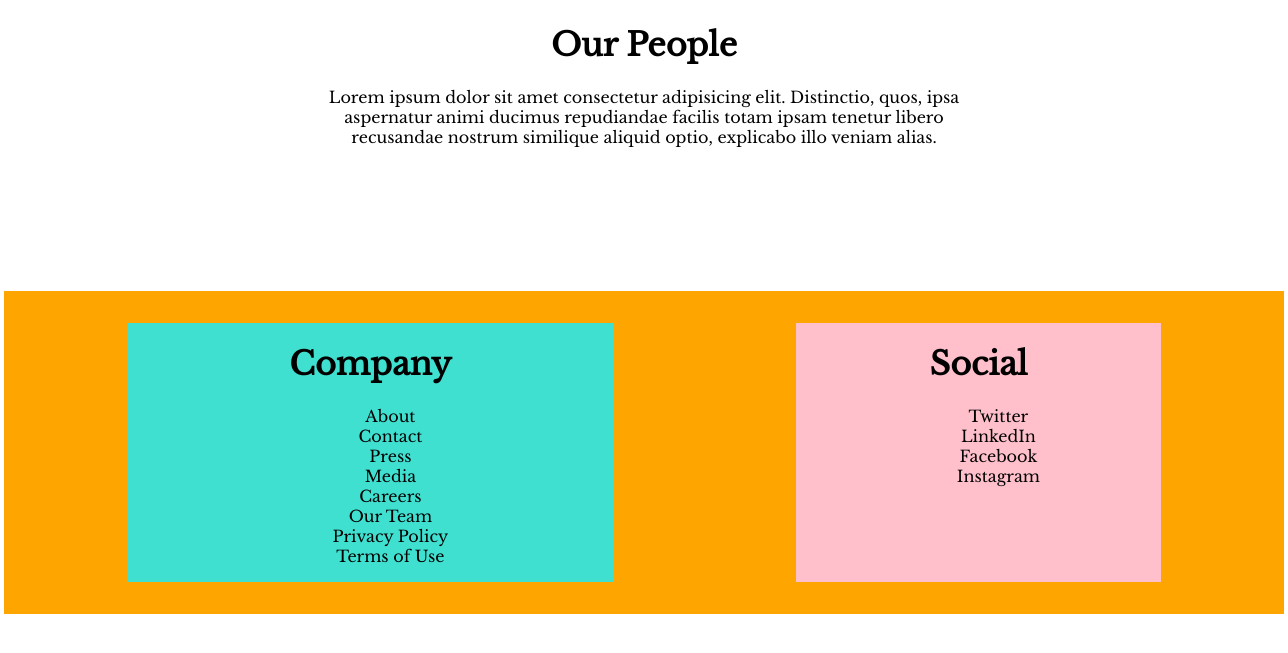
Repository: Tsardines/app
Page: / (app in my-app/)
An editor plug-in stored every save of this project. The page is shown before and after the next save, followed by the edit.
The browser window is 1280 px wide. The page is 1288 px wide, so the pictures cover 1288 px, including what lies to the right of the window. The pictures show the whole page.
The page's requests for data from a server got no answer. The project was rebuilt for these pictures with package versions that can differ from the ones it lists, and the page was loaded fresh each time. No one was signed in, and anything a server would have sent is missing.

Above is the page before, as saved 2018-11-14 19:10:51.

### my-app/public/index.html
<!DOCTYPE html>
<html lang="en">
  <head>
    <meta charset="utf-8">
    <meta name="viewport" content="width=device-width, initial-scale=1, shrink-to-fit=no">
    <meta name="theme-color" content="#000000">
    <!--
      manifest.json provides metadata used when your web app is added to the
      homescreen on Android. See https://developers.google.com/web/fundamentals/web-app-manifest/
    -->
    <link rel="manifest" href="%PUBLIC_URL%/manifest.json">
    <link href="https://fonts.googleapis.com/css?family=Libre+Baskerville" rel="stylesheet">
    <!--
      Notice the use of %PUBLIC_URL% in the tags above.
      It will be replaced with the URL of the `public` folder during the build.
      Only files inside the `public` folder can be referenced from the HTML.

      Unlike "/favicon.ico" or "favicon.ico", "%PUBLIC_URL%/favicon.ico" will
      work correctly both with client-side routing and a non-root public URL.
      Learn how to configure a non-root public URL by running `npm run build`.
    -->
    <title>React App</title>
  </head>
  <body>
    <noscript>
      You need to enable JavaScript to run this app.
    </noscript>
    <div id="root"></div>
    <!--
      This HTML file is a template.
      If you open it directly in the browser, you will see an empty page.

      You can add webfonts, meta tags, or analytics to this file.
      The build step will place the bundled scripts into the <body> tag.

      To begin the development, run `npm start` or `yarn start`.
      To create a production bundle, use `npm run build` or `yarn build`.
    -->
  </body>
</html>

### my-app/src/index.css
body {
  margin: 0;
  padding: 0;
  font-family: 'Libre Baskerville', serif;
  -webkit-font-smoothing: antialiased;
  -moz-osx-font-smoothing: grayscale;
}

code {
  font-family: source-code-pro, Menlo, Monaco, Consolas, "Courier New",
    monospace;
}

### my-app/src/App.js
import React, { Component } from 'react';

import Footer from './components/Footer.js';
import './App.css';

class App extends Component {
  constructor(props) {
    super(props);

    this.state = {
      items: []
    };
    this.componentWillMount = this.componentWillMount.bind(this);
  }

  componentWillMount() {
    fetch('https://api.myjson.com/bins/vz2rm')
    .then(res => res.json())
    .then(data => {
      this.setState({ items: data });
    });
  }


  render() {

    const { items } = this.state;

    return (
      <div className="App">

      <span className="our-people"><h1>Our People</h1></span>
      <span className="intro"><p>Lorem ipsum dolor sit amet consectetur adipisicing elit. Distinctio, quos, ipsa aspernatur animi ducimus repudiandae facilis totam ipsam tenetur libero recusandae nostrum similique aliquid optio, explicabo illo veniam alias.</p></span>

          { items.map((item, num) => {
              return (

                <div className="people">

                  <div className="elem">
                    <p key={num}>{item.elems}</p>
                  </div>

                    <p key={num}><strong>{item.name}</strong></p>
                    <p key={num}><small>{item.title}</small></p>

                  <div className="hidden">
                    <p key={num}>{item.email}</p>
                    <p key={num}><strong>Office: </strong>{item.office}</p>
                  </div>

                </div>

              );

            })}

            <Footer />

      </div>
    );
  }
}


export default App;

### my-app/src/components/Footer.js
import React from 'react';
import './Footer.css';

const Footer = () => {
  return (

    <div className="footer">

        <div className="left">
            <h1>Company</h1>
            <ul>
                <li>About</li>
                <li>Contact</li>
                <li>Press</li>
                <li>Media</li>
                <li>Careers</li>
                <li>Our Team</li>
                <li>Privacy Policy</li>
                <li>Terms of Use</li>
            </ul>
        </div>

        <div className="right">
            <h1>Social</h1>
            <ul>
                <li>Twitter</li>
                <li>LinkedIn</li>
                <li>Facebook</li>
                <li>Instagram</li>
            </ul>
        </div>

    </div>
  );
}

export default Footer;

### my-app/src/App.css
.App {
  display: flex;
  flex-direction: column;
  flex-flow: row nowrap;
  flex-wrap: wrap;
  max-width: 100%;
  overflow-x: hidden;
  padding: 0.25em;
  text-align: center;
  width: 100%;
}

.our-people {
  text-align: center;
  width: 100%;
}

.intro p {
  margin: auto;
  padding-bottom: 5em;
  width: 50%;
}

.people {
  background-color: #f8f8f8;
  border: 1px solid #f6f6f6;
  height: 22vh;
  margin: 0.5em;
  /* max-height: 22vh;
  max-width: 13vw; */
  /* min-height: 22vh;
  min-width: 13vw; */
  padding: 1.5em;
  text-align: left;
  width: 13vw;
}

.elem {
  font-size: 3.45em;
  margin-bottom: -1em;
  margin-top: -1em;
}

.elem:hover {
  color: #87f0f9;
  transition: 0.2s;
}

.hidden {
  font-size: 0.75em;
  opacity: 0.15;
}

.hidden:hover {
  opacity: 1;
  transition: 0.4s;
}

### my-app/src/components/Footer.css
.footer {
    background-color: orange;
    display: flex;
    justify-content: space-around;
    margin-top: 4em;
    padding: 2em;
    width: 100%;
}

.left ul li, .right ul li {
    list-style-type: none;
}

.left {
    background-color: turquoise;
    float: left;
    width: 40%;
}

.right {
    background-color: pink;
    float: right;
    width: 30%;
}

.left h1, .right h1 {
    font-size: 2em;
}

Loaded but not shown: my-app/src/index.js (common file); my-app/src/serviceWorker.js (common file)

After the next save:
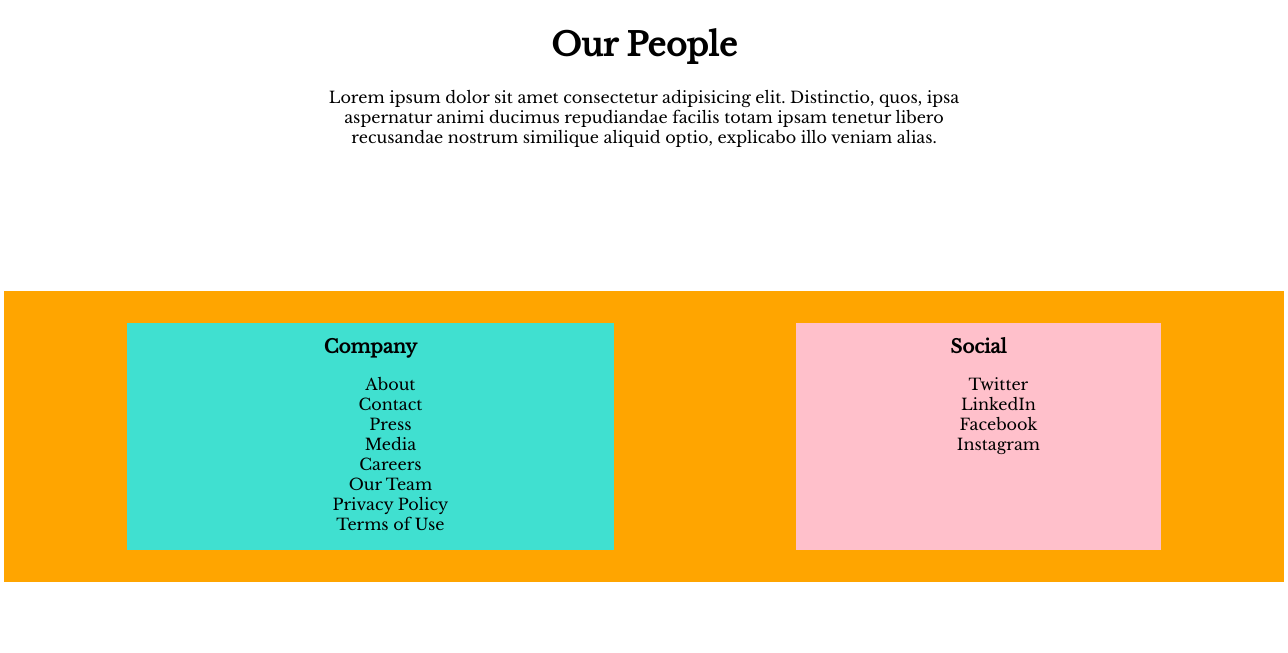
Saved 5 s later.
--- a/my-app/src/components/Footer.css
+++ b/my-app/src/components/Footer.css
@@ -24,5 +24,5 @@
 }
 
 .left h1, .right h1 {
-    font-size: 2em;
+    font-size: 1.15em;
 }

After the save that followed:
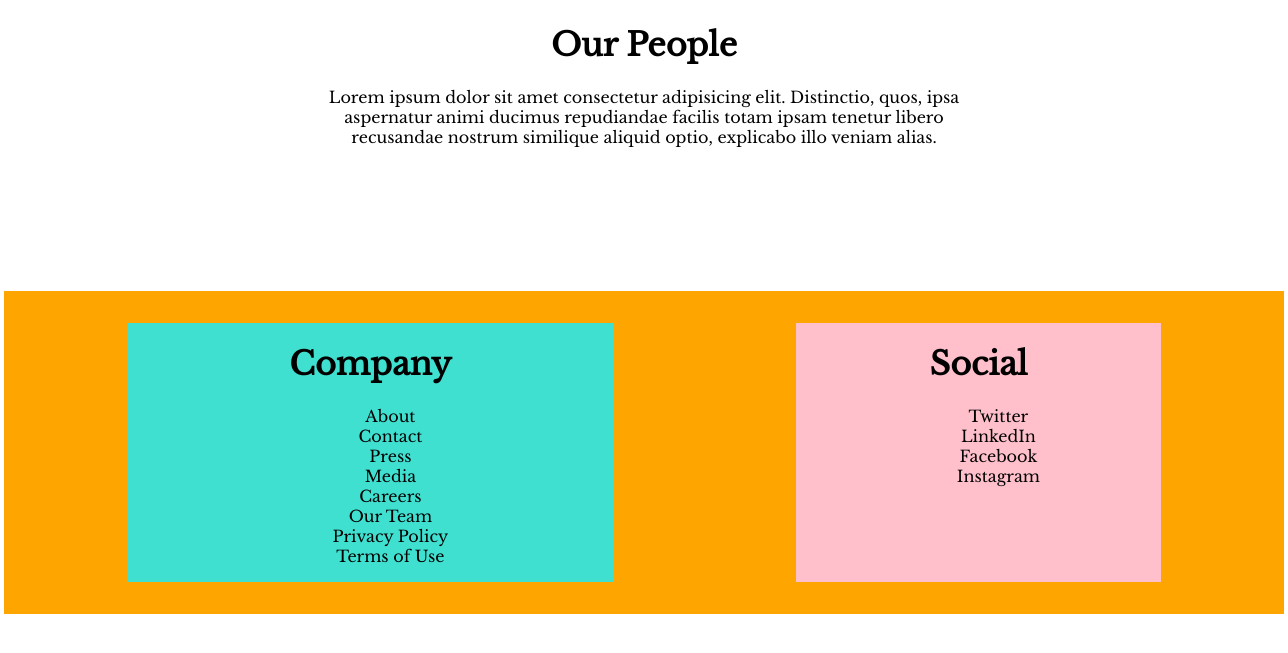
Saved 60 s later.
--- a/my-app/src/components/Footer.css
+++ b/my-app/src/components/Footer.css
@@ -23,6 +23,6 @@
     width: 30%;
 }
 
-.left h1, .right h1 {
+.company {
     font-size: 1.15em;
 }
